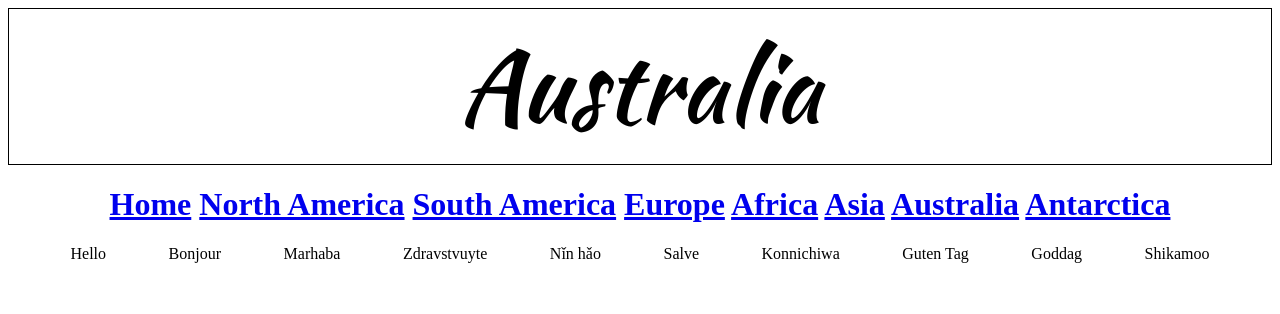
Repository: alharama/StaticWebsite
Page: au_page.html
An editor plug-in stored every save of this project. The page is shown before and after the next save, followed by the edit.
The browser window is 1280 px wide. The pictures show the whole page.

Above is the page before, as saved 2021-09-20 21:16:46.

After the next save:
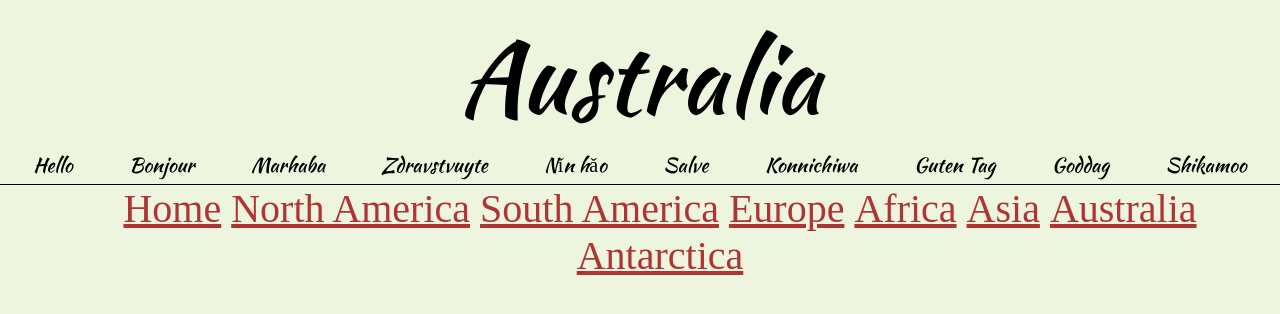
Saved 81 s later.
--- a/au_page.html
+++ b/au_page.html
@@ -13,36 +13,50 @@
             padding: 5px;
             font-family: 'Kaushan Script', cursive;
             font-size: 100px;
-            border: 1px solid;
+            border-bottom: 1px solid;
 
         }
 
-        nav:visited{
-            text-decoration: none;
+        body{
+            background: rgb(238, 245, 222);
+            margin: 0px;
         }
 
-        body {
-            display: flex;
-            flex-direction: column;
-
-        }
-        h1 {
-
+        .top_nav {
+            width: 100%;
+            font-size: 40px;
             text-align: center;
-
+            color: red;
 
         }
 
+        .top_nav ul {
+            margin: 0px;
+            color: blue;
+        }
+
+        .top_nav li {
+            display: inline-block;
+
+        }
+
+        .top_nav a {
+            text-decoration:underline;
+            color: rgb(175, 52, 52);
+
+        }
+
+        .top_nav a:hover {
+            background-color: lightgray;
+        }
 
 
         #languages{
 
             display: flex;
-            justify-content: space-evenly;
-
-
+            font-size: 20px;
+            justify-content:space-around;
         }
-
 
 
     </style>
@@ -51,22 +65,7 @@
 
     <header>
         Australia
-    </header>
 
-    <h1>
-        <nav>
-            <a href="/index.html">Home</a>
-            <a href="/na_page.html">North America</a>
-            <a href="/sa_page.html">South America</a>
-            <a href="/eu_page.html">Europe</a>
-            <a href="/af_page.html">Africa</a>
-            <a href="/as_page.html">Asia</a>
-            <a href="/au_page.html">Australia</a>
-            <a href="/ant_page.html">Antarctica</a>
-        </nav>
-    </h1>
-
-    <body>
 
         <div id="languages">
             <span>Hello</span>
@@ -80,6 +79,27 @@
             <span>Goddag</span>
             <span>Shikamoo</span>
         </div>
+    </header>
+
+    <body>
+
+        <nav class="top_nav">
+            <ul id="top_nav">
+                <li><a href="/index.html">Home</a></li>
+                <li><a href="/na_page.html">North America</a></li>
+                <li><a href="/sa_page.html">South America</a></li>
+                <li><a href="/eu_page.html">Europe</a></li>
+                <li><a href="/af_page.html">Africa</a></li>
+                <li><a href="/as_page.html">Asia</a></li>
+                <li><a href="/au_page.html">Australia</a></li>
+                <li><a href="/ant_page.html">Antarctica</a></li>
+            </ul>
+        </nav>
+
+
+
+
+
 
 
 
